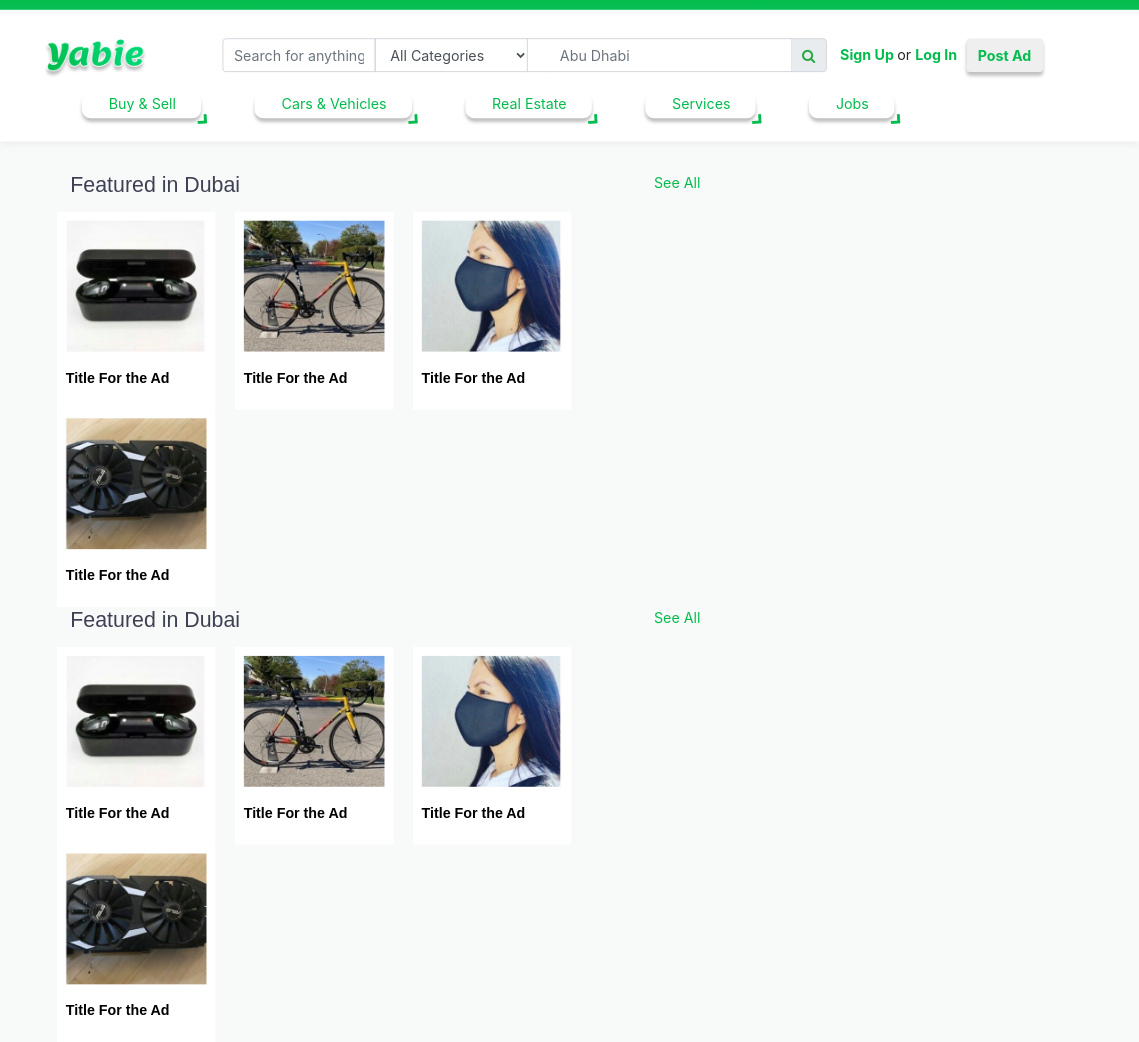
Repository: muazzamkha95/yabie
Page: homepage.html
These files come from the project's save history. The page is drawn as it stood at one moment and after a run of saves; the edit follows.
The browser window is 1280 px wide. The pictures show the whole page, at 89% of full size.

Above is the page before, as saved 2020-07-04 00:01:28.
Console error: TypeError: Cannot read properties of undefined (reading 'fn')

### homepage.html
<!DOCTYPE html>
<html lang="en">
<head>
    <meta charset="UTF-8">
    <meta name="viewport" content="width=device-width, initial-scale=1.0">
    <title>Home Page</title>

    <link rel="stylesheet" href="https://maxcdn.bootstrapcdn.com/bootstrap/4.0.0/css/bootstrap.min.css" integrity="sha384-Gn5384xqQ1aoWXA+058RXPxPg6fy4IWvTNh0E263XmFcJlSAwiGgFAW/dAiS6JXm" crossorigin="anonymous">
    <link rel="stylesheet" href="https://stackpath.bootstrapcdn.com/font-awesome/4.7.0/css/font-awesome.min.css" integrity="sha384-wvfXpqpZZVQGK6TAh5PVlGOfQNHSoD2xbE+QkPxCAFlNEevoEH3Sl0sibVcOQVnN" crossorigin="anonymous">
    <link href="css/main.css"  rel="stylesheet"></link>

</head>
<body>
        <div class="topBar"></div>
        <nav class="navbar">
            <div class="maincontainer">
                <div class="row">
                        <div class="col-md-2">
                            <img src="images/YabieLogo.png" alt="Yabie Logo" class="logo"/>
                        </div>
                        <div class="col-md-7">
                            <form class="form-inline" action="#">
                                <div class="input-group">
                                    <input type="text" class="form-control" placeholder="Search for anything" required>
                                    <select class="form-control border-right-0" required>
                                        <option>All Categories</option>
                                        <option value="a">A</option>
                                        <option value="b">B</option>
                                    </select>
                                    <div class="input-group">
                                        <div class="input-group-append">
                                            <span class="input-group-text bg-white text-success border-right-0"><i class="fa fa-map-marker-alt"></i></span>
                                        </div>
                                        <input type="text" class="form-control border-left-0 border-right-0" placeholder="Abu Dhabi" required>
                                        <div class="input-group-append">
                                            <button type="submit" class="input-group-text"><i class="fa fa-search text-success"></i></button>
                                        </div>
                                    </div>
                                </div>
                            </form>
                        </div>
                        <div class="col-md-3" >
                            <div class="row text-center">
                                <span style="padding-top: 6px;">
                                    <span class="btext"> Sign Up </span>  or <span class="btext">Log In</span>
                                </span>

                                <button class="btn btn-default btext pull-right boxshadow" style="margin-left: 10px;">Post Ad</button>
                            </div>
                        </div>

                </div>
                <div class="row mt-3" >
                    <span class="categoryTab">Buy & Sell <i class="keyboard_arrow_down_24px_rounded fa fa-chevron-right "></i></span>
                    <span class="categoryTab">Cars & Vehicles  <i class="keyboard_arrow_down_24px_rounded fa fa-chevron-right "></i></span>
                    <span class="categoryTab">Real Estate <i class="keyboard_arrow_down_24px_rounded fa fa-chevron-right "></i></span>
                    <span class="categoryTab">Services <i class="keyboard_arrow_down_24px_rounded fa fa-chevron-right "></i></span>
                    <span class="categoryTab">Jobs <i class="keyboard_arrow_down_24px_rounded fa fa-chevron-right "></i></span>
                </div>
            </div>
        </nav>

        <main  role="main" class="mainSection">
            <div class="row">
                <div class="col-md-8">
                    <div class="col-md-12">
                        <div class="row">
                            <div class="col-md-6 pull-left" >
                                <p class="sectionTitle">
                                    Featured in Dubai
                                </p>
                            </div>
                            <div class="col-md-6 pull-right" >
                                <p class="sectionSeeAll pull-right">See All</p>
                            </div>
                        </div>
                        <div class="row">
                            <div class="adcard">
                                <img src="images/product.png">
                                <p class="adTitle">Title For the Ad</p>
                            </div>
                            <div class="adcard">
                                <img src="images/product2.png">
                                <p class="adTitle">Title For the Ad</p>
                            </div>
                            <div class="adcard">
                                <img src="images/product3.png">
                                <p class="adTitle">Title For the Ad</p>
                            </div>
                            <div class="adcard">
                                <img src="images/product4.png">
                                <p class="adTitle">Title For the Ad</p>
                            </div>

                        </div>
                    </div>
                    <div class="col-md-12">
                        <div class="row">
                            <div class="col-md-6 pull-left" >
                                <p class="sectionTitle">
                                    Featured in Dubai
                                </p>
                            </div>
                            <div class="col-md-6 pull-right" >
                                <p class="sectionSeeAll pull-right">See All</p>
                            </div>
                        </div>
                        <div class="row">
                            <div class="adcard">
                                <img src="images/product.png">
                                <p class="adTitle">Title For the Ad</p>
                            </div>
                            <div class="adcard">
                                <img src="images/product2.png">
                                <p class="adTitle">Title For the Ad</p>
                            </div>
                            <div class="adcard">
                                <img src="images/product3.png">
                                <p class="adTitle">Title For the Ad</p>
                            </div>
                            <div class="adcard">
                                <img src="images/product4.png">
                                <p class="adTitle">Title For the Ad</p>
                            </div>

                        </div>
                    </div>


                </div>



                <!-- Ads Section -->
                <div class="col-md-4"></div>
            </div>

        </main>


</body>
<script src="https://maxcdn.bootstrapcdn.com/bootstrap/4.0.0/js/bootstrap.min.js" integrity="sha384-JZR6Spejh4U02d8jOt6vLEHfe/JQGiRRSQQxSfFWpi1MquVdAyjUar5+76PVCmYl" crossorigin="anonymous"></script>
<script src="js/main.js" type="text/javascript"></script>
</html>

### css/main.css
/* Body */
*{
    padding: 0;
    margin: 0;
}
body{
    background: #F8F9F9;

}

/* Main navbar css */

.topBar{

    position: absolute;
    width: 100%;
    height: 11px;
    left: 0px;
    top: 0px;

    background: linear-gradient(180deg, #04BC4E 0%, #15D57B 537.5%);
}


nav{
    position: absolute;
    width: 100%;
    height: 143px;
    left: 0px;
    top: 16px;
    background: #FFFFFF;
    box-shadow: 0px 6px 6px rgba(219, 214, 214, 0.25);
    padding-top: 20px;
}

.maincontainer{
    width: 95%;
    margin-left:auto;
    margin-right: auto;
}

.logo{
    height: 100;
}
.btext{
    font-weight: bold;
    color: #04BC4E;
}

.boxshadow{
    box-shadow: 0px 4px 4px rgba(0, 0, 0, 0.25);
}

.categoryTab{
    display: inline;
    box-shadow: 0px 4px 4px rgba(0, 0, 0, 0.25);
    background-color: #FFFFFF;
    color: #04BC4E;
    border-radius: 10px;
    margin-left: 60px;
    padding-left: 30px;


}
.keyboard_arrow_down_24px_rounded{
    position: relative;
    width: 24px;
    height: 24px;
    left:17px;
    top: 22px;
    transform: rotate(41.5deg);

}

/* Main section  */

.mainSection{
    width: 90%;
    margin-left: auto;
    margin-right: auto;
    margin-top: 50px;



}


.sectionTitle{

    font-family:sans-serif;
    font-style: normal;
    font-weight: 500;
    font-size: 24px;
    line-height: 29px;

    color: #3E4153;
}
.sectionSeeAll{
    color: #04BC4E;
    margin-right: 20px;
}
/* Ad card  */

.adcard{
    background: #FFFFFF;
    padding: 10px;
    margin-right: 21.85px;
}
.adTitle{
    font-family: sans-serif;
    font-style: normal;
    font-weight: bold;
    font-size: 16px;
    line-height: 19px;
    color: #000000;
    margin-top: 20px;
}

Loaded but not shown: js/main.js (no stored copy; drawn as an empty file)

After the next 3 saves:
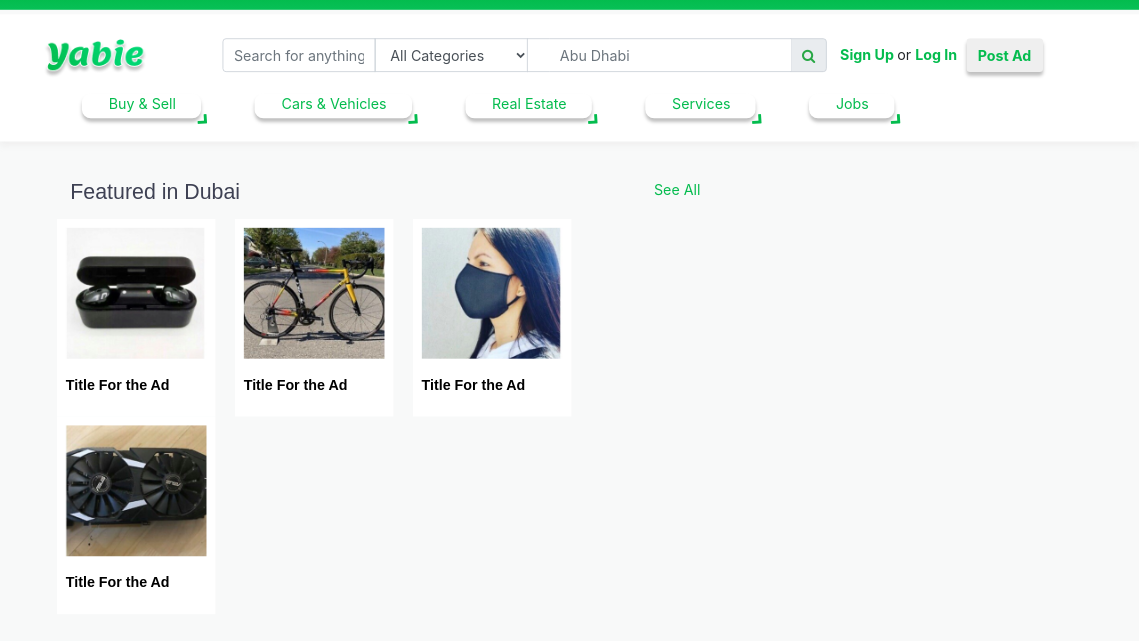
The 3 saves are shown as one change because they came seconds apart.
The last was saved 13 s later.
--- a/homepage.html
+++ b/homepage.html
@@ -63,38 +63,7 @@
         <main  role="main" class="mainSection">
             <div class="row">
                 <div class="col-md-8">
-                    <div class="col-md-12">
-                        <div class="row">
-                            <div class="col-md-6 pull-left" >
-                                <p class="sectionTitle">
-                                    Featured in Dubai
-                                </p>
-                            </div>
-                            <div class="col-md-6 pull-right" >
-                                <p class="sectionSeeAll pull-right">See All</p>
-                            </div>
-                        </div>
-                        <div class="row">
-                            <div class="adcard">
-                                <img src="images/product.png">
-                                <p class="adTitle">Title For the Ad</p>
-                            </div>
-                            <div class="adcard">
-                                <img src="images/product2.png">
-                                <p class="adTitle">Title For the Ad</p>
-                            </div>
-                            <div class="adcard">
-                                <img src="images/product3.png">
-                                <p class="adTitle">Title For the Ad</p>
-                            </div>
-                            <div class="adcard">
-                                <img src="images/product4.png">
-                                <p class="adTitle">Title For the Ad</p>
-                            </div>
-
-                        </div>
-                    </div>
-                    <div class="col-md-12">
+                    <div class="col-md-12 mt-2">
                         <div class="row">
                             <div class="col-md-6 pull-left" >
                                 <p class="sectionTitle">
@@ -127,6 +96,7 @@
                     </div>
 
 
+
                 </div>
 
 
